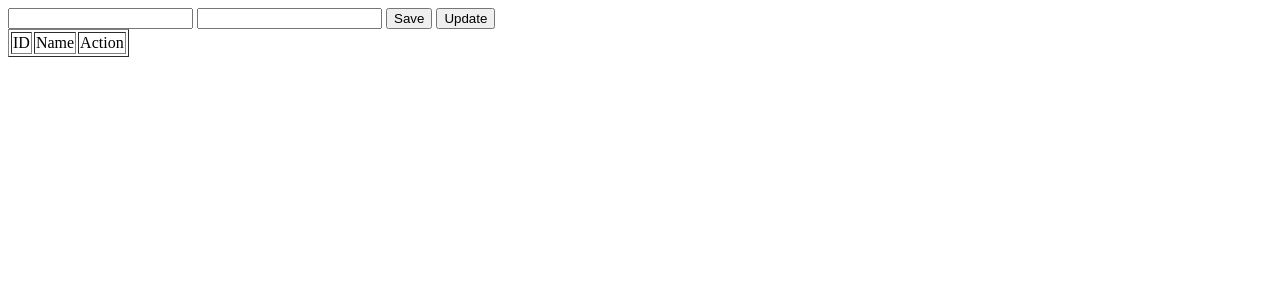
Repository: minhtuan16/JS-Basic
Page: JavaScript Begin/htmldom.html
The author's editor kept a copy of each file at every save. The page is drawn from the files as they stood at one save, then again after the next save.
The browser window is 1280 px wide. The pictures show the whole page.

Above is the page before, as saved 2022-06-03 21:08:35.

### JavaScript Begin/htmldom.html
<!DOCTYPE html>
<html lang="en">
<head>
    <meta charset="UTF-8">
    <meta http-equiv="X-UA-Compatible" content="IE=edge">
    <meta name="viewport" content="width=device-width, initial-scale=1.0">
    <title>Document</title>
</head>
<body>
    <form action="" id="form">
        <input type="text" id="id" value="">
        <input type="text" id="name" value="">
        <button type="button" id="saveBtn" onclick="create()">Save</button>
        <button type="button" id="updateBtn" onclick="update()">Update</button>
    </form>
    <table border="1px">
        <tr>
            <td>ID</td>
            <td>Name</td>
            <td>Action</td>
        </tr>

        <tbody id="tableBody">

        </tbody>
    </table>

    <script>
        var data = [
            {id:1, name:"P1"},
            {id:2, name:"P2"},
            {id:3, name:"P3"}
        ]

        function drawTr(person) {
            var tr = document.createElement("tr");
            var tdId = document.createElement("td");
            var tdName = document.createElement("td");
            var tdOption = document.createElement("td");

            var delBtn = document.createElement("button");
            var editBtn = document.createElement("button");

            delBtn.innerText = 'Delete';
            editBtn.innerText = 'Edit';

            //bat su kien
            delBtn.onclick = function() {
                deletePerson(person.id);
            }

            editBtn.onclick = function() {
                editPerson(id);
            }

            // dung ham nay de bat su kien cung duoc
            // delBtn.addEventListener("click", function() {
            //     deletePerson(person.id);
            // })

            tdOption.appendChild(delBtn); //appendChild la nhet them nut delete vao trong cot
            tdOption.appendChild(editBtn);

            tdId.innerHTML = person.id;
            tdName.innerHTML = person.name;

            tr.appendChild(tdId);
            tr.appendChild(tdName);
            tr.appendChild(tdOption);

            var tableBody = document.getElementById("tableBody");
            tableBody.appendChild(tr);
        }

        function resetDrawTable(persons) {

            var tableBody = document.getElementById("tableBody");
            tableBody.innerHTML = "";

            for(var i = 0; i < persons.length; i++) {
                drawTr(persons[i]);
            }
        }

        //goi ham in ra toan bo mang
        // resetDrawTable(data);

        // doc du lieu tu form ben tren
        function create() {

            var idInput = document.getElementById("id");
            var nameInput = document.getElementById("name");
            // var saveInput = document.getElementById("saveBtn");

            var id = idInput.value;
            var name = nameInput.value;

            var p = {id: id, name: name};

            data.push(p);
            // var data1 = [];
            // data1.push(p);

            resetDrawTable(data);
        }

        function deletePerson(id) {
            // let index = data1.findIndex(p => p.id == id); // loc duoc id
            // data1.splice(index, 1);

            // loc ra person co id khac id muon xoa
            var newData = data.filter(p => p.id != id);

            data = newData;
            resetDrawTable(data)

        }

        function editPerson(id) {

            // tim person co id
            // cach 1
            // var newData = data.filter(x => x.id == id)

            // data = newData

            // resetDrawTable(data)

            // cach 2
            var index = data.findIndex(x => x.id == id);
            let person = data[index];

            //day du lieu len form
            var idInput = document.getElementById("id");
            var nameInput = document.getElementById("name");

            idInput.value = person.id
            nameInput.value = person.name

            document.getElementById("updateBtn").style.display= 'block';
            document.getElementById("saveBtn").style.display= 'none';
        }

        function update() {

            var idInput = document.getElementById("id");
            var nameInput = document.getElementById("name");
            // var saveInput = document.getElementById("saveBtn");

            var id = idInput.value;
            var name = nameInput.value;

            // xoa thang cu di
            // var newData = data.filter(p => p.id != id);
            // newData.push({id: id, name: name});
            // data = newData
            var index = data.findIndex(x => x.id == id);
            data[index] = {id, name}

            // luu lai thang moi

            // var data1 = [];
            // data1.push(p);

            resetDrawTable(data);
            document.getElementById("updateBtn").style.display= 'none';
            document.getElementById("saveBtn").style.display= 'block';
        }
    </script>
</body>
</html>

After the next save:
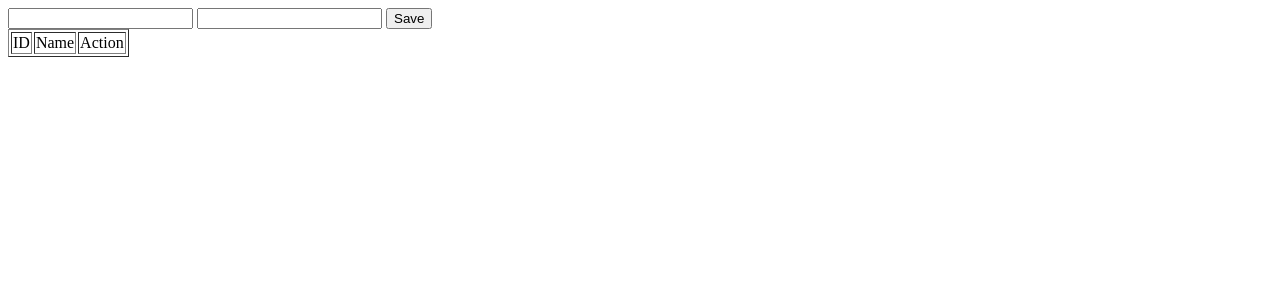
Saved 29 s later.
--- a/JavaScript Begin/htmldom.html
+++ b/JavaScript Begin/htmldom.html
@@ -11,7 +11,7 @@
         <input type="text" id="id" value="">
         <input type="text" id="name" value="">
         <button type="button" id="saveBtn" onclick="create()">Save</button>
-        <button type="button" id="updateBtn" onclick="update()">Update</button>
+        <button type="button" id="updateBtn" onclick="update()" style="display: none;">Update</button>
     </form>
     <table border="1px">
         <tr>
